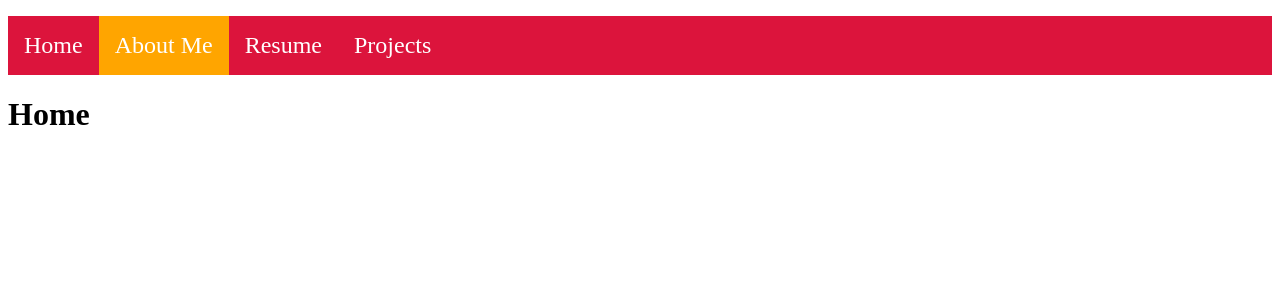
Repository: Zatarain10/Zatarain10.github.io
Page: aboutme.html
The author's editor kept a record of every edit. The page is drawn from the files as they stood at one moment, then again after the next edit.
The browser window is 1280 px wide. The pictures show the whole page.

Above is the page before.

After the next edit:
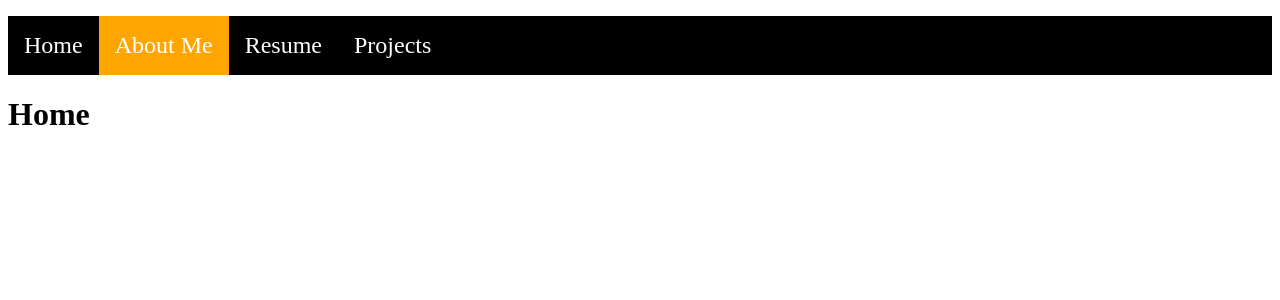
The edit:
--- a/style.css
+++ b/style.css
@@ -1,6 +1,6 @@
         .navbar{
             list-style:none;
-            background-color: Crimson;
+            background-color: Black;
             overflow:hidden;
             padding:0;
         }
